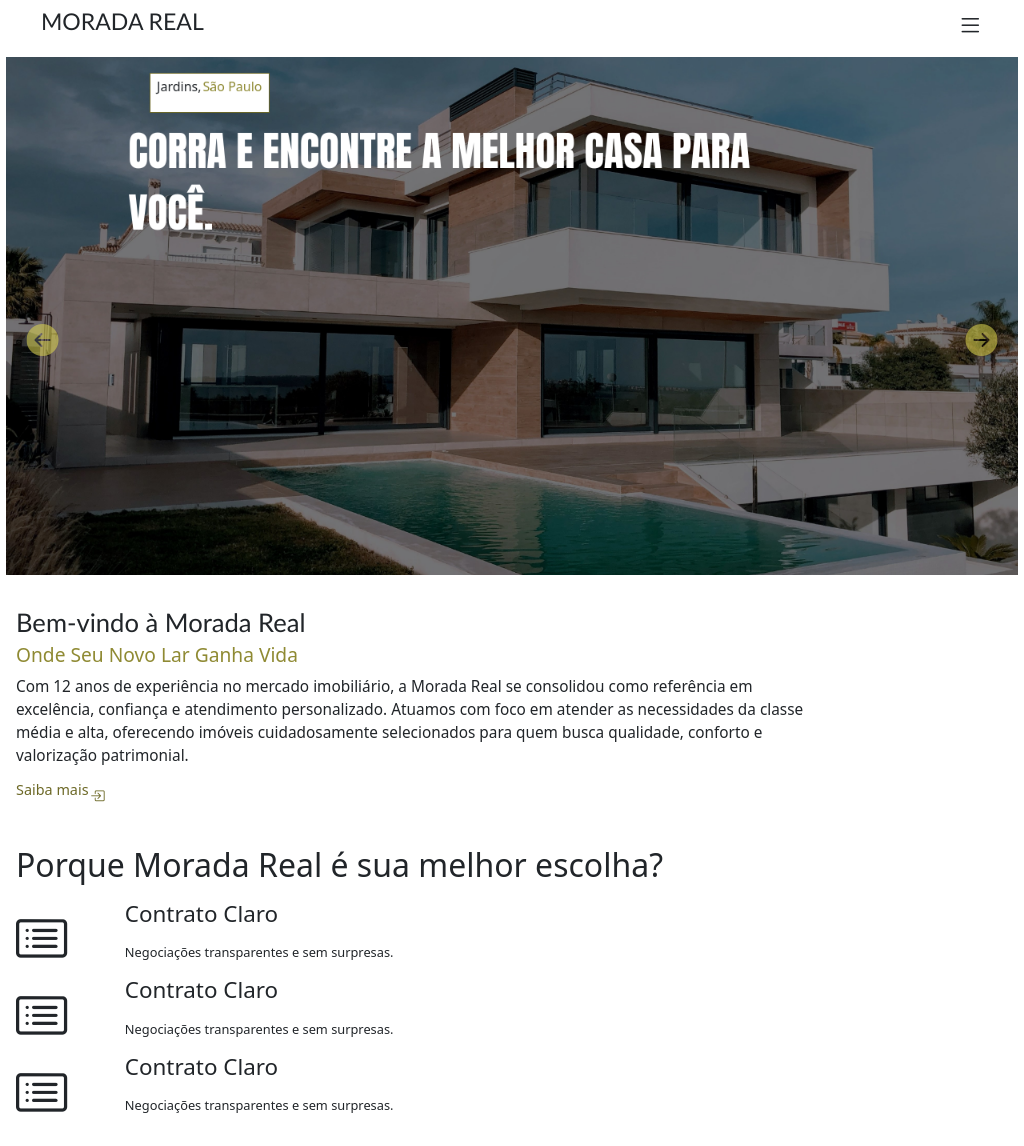
Repository: Mattyns/moradareal
Page: index.html
These files come from the project's save history. The page is drawn as it stood at one moment and after a run of saves; the edit follows.
The browser window is 1280 px wide. The pictures show the whole page, at 80% of full size.

Above is the page before, as saved 2025-07-13 17:15:28.

### index.html
<!DOCTYPE html>
<html lang="pt-br">
    <head>
        <meta charset="UTF-8" />
        <meta name="viewport" content="width=device-width, initial-scale=1.0" />
        <title>Morada Real</title>
        <link
            rel="stylesheet"
            href="https://cdnjs.cloudflare.com/ajax/libs/animate.css/4.1.1/animate.min.css"
        />
        <link
            href="https://cdn.jsdelivr.net/npm/bootstrap@5/dist/css/bootstrap.min.css"
            rel="stylesheet"
            integrity="sha384-QWTKZyjpPEjISv5WaRU9OFeRpok6YctnYmDr5pNlyT2bRjXh0JMhjY6hW+ALEwIH"
            crossorigin="anonymous"
        />
        <link
            rel="stylesheet"
            href="https://cdn.jsdelivr.net/npm/bootstrap-icons@1.11.3/font/bootstrap-icons.min.css"
        />
        <link rel="stylesheet" href="style/style.css" />
    </head>
    <body>
        <header class="header__container">

            <h1 class="logo__text">MORADA REAL</h1> <i class="bi-list menu__list"></i>
        </header>

        <main>
            <section class="contrast">

                <div class="contrast__container">
                    <div class="local local__sp">
                        <div class="local__text">
                            <p>Jardins,</p> <p class="local__text--contrast"> São Paulo</p>
                        </div>
                        <p class="text__message">CORRA E ENCONTRE A MELHOR CASA PARA VOCÊ.</p>
                    </div>
                    <div class="local local__rs">
                        <div class="local__text">
                            <p>Bela Vista,</p> <p class="local__text--contrast"> Rio Grande do Sul</p>
                        </div>
                        <p class="text__message">O LAR DOS SEUS SONHOS PODE ESTAR A UM CLIQUE DE DISTÂNCIA.</p>
                    </div>
                    <div class="local local__rj">
                        <div class="local__text">
                            <p>Leblon,</p> <p class="local__text--contrast"> Rio de Janeiro</p>
                        </div>
                        <p class="text__message">NÃO PERCA TEMPO! SUA NOVA HISTÓRIA COMEÇA AQUI.</p>
                    </div>

                </div>

                <i class="bi-arrow-left-circle-fill img__button" id="img__button--left"></i>
                <i class="bi-arrow-right-circle-fill img__button" id="img__button--right"></i>

            </section>
            <section class="present">
                <h1 class="present__title">Bem-vindo à Morada Real</h1>
                <h2 class="present__subtitle">Onde Seu Novo Lar Ganha Vida</h2>
                <p class="present__text">Com 12 anos de experiência no mercado imobiliário, a Morada Real se consolidou como referência em excelência, confiança e atendimento personalizado. Atuamos com foco em atender as necessidades da classe média e alta, oferecendo imóveis cuidadosamente selecionados para quem busca qualidade, conforto e valorização patrimonial.</p>
                <a href="#" class="button__link present__more"><p>Saiba mais</p> <i class="bi-box-arrow-in-right"></i></a>

            </section>

            <section class="services">
                <h1 class="services__title">
                    <h1>Porque Morada Real é sua melhor escolha?</h1>
                    <div class="service__container">
                        <div class="service__card service__contract">
                            <i class="service__icon bi-card-list"></i>
                            <h3 class="service__title">Contrato Claro</h3>
                            <p class="service__text">Negociações transparentes e sem surpresas.</p>
                        </div>

                        <div class="service__card service__contract">
                            <i class="service__icon bi-card-list"></i>
                            <h3 class="service__title">Contrato Claro</h3>
                            <p class="service__text">Negociações transparentes e sem surpresas.</p>
                        </div>

                        <div class="service__card service__contract">
                            <i class="service__icon bi-card-list"></i>
                            <h3 class="service__title">Contrato Claro</h3>
                            <p class="service__text">Negociações transparentes e sem surpresas.</p>
                        </div>



                    </div>
                </h1>
            </section>


        </main>

        <script src="script/carousel.js"></script>
    </body>
</html>

### style/style.css
@charset "UTF-8";

:root {
    --preto:black;
    --branco:white;
    --cor1:#D3CC4C;
    --cor2:#B1AB40;
    --cor3:#DCD650;
    --cor4:#8F8A33;
    --cor5:#6D6927;
    --cor6:#4B481B;
    --cor7:#f0eca5;
    --cor8:white;

}

* {
    margin: 0px;
    padding: 0px;
    box-sizing: border-box;
}

.header__container {
    display: flex;
    height: 20%;
    width: 100%;
    background-color: var(--branco);
    align-items: center;
    padding-top: 10px;
    padding-bottom: 10px;
}

.logo__text {
    margin-left: 4%;
    font-size: 180%;
    font-family: 'Trebuchet MS', 'Lucida Sans Unicode', 'Lucida Grande', 'Lucida Sans', Arial, sans-serif;
}

.menu__list {
    font-size: 2em;
    position: absolute;
    right: 4%;
}

.contrast {
    height: 90vh;
    margin: 8px;

    overflow: hidden;
    max-width: 100%;
    position: relative;


}

.contrast__container {

    display: flex;
  transition: transform 0.3s ease;
  will-change: transform;
  touch-action: pan-y;
}

.local {
    height: 90vh;
    background-size: cover;
    background-position: right;
     flex: 0 0 100%;
    box-sizing: border-box;
    padding: 20px; /* opcional */
}

.local__sp {
    background-image: url(../img/webaliser.jpg);

}

.local__rs {
    background-image: url(../img/brian.jpg);

}

.local__rj {
    background-image: url(../img/zoe.jpg);

}

.local__text {
    display: flex;
    background-color: var(--branco);
    width: fit-content;
    padding: 4px 0px;
    padding-left: 8px;
    padding-right: 8px;
    top: 20%;
    margin-left:13%;
    border: 1px solid var(--cor5);

}

.local__text--contrast {
    color: var(--cor4);
    margin-left: 2px;
}

.text__message {
    top: 26%;
    width: 68%;
    margin-left: 10%;
    font-size:320%;
    font-family:Impact, Haettenschweiler, 'Arial Narrow Bold', sans-serif;
    color:var(--cor8) ;
    padding: 10px;
    border-radius: 10px;
}

.img__button {
    font-size: 2.5em;
    position:absolute;
    color: #dcd55090;
    transition: color 0.8s ease;

}

.img__button:hover {
    color: #DCD650;
    transition: color 0.8s ease;
}

.img__button.disabled {
  color: #ccc;  /* cinza claro */
  cursor: not-allowed;
  opacity: 0.6;
}

#img__button--left {
    left: 2%;
    top: 50%;
}

#img__button--right {
    right: 2%;
    top: 50%;
}


.present {
    margin: 0px 20px;
    margin-top: 40px;
}

.present__title {
    text-align: left;
    font-family: 'Trebuchet MS', 'Lucida Sans Unicode', 'Lucida Grande', 'Lucida Sans', Arial, sans-serif;
    font-size: 2em;

}

.present__subtitle {
    font-size: 1.5em;
    color: var(--cor4);

}

.present__text {
    width: 80%;
    font-size: 1.2em;
    margin-top: 10px;
    margin-bottom: 15px;
}

.button__link {
    text-decoration: none;
    color: white;
    font-size: 18px;

}

.present__more {
    color: var(--cor5);
    display: flex;
    align-items: center;

}

.present__more > p {
    margin-right: 2px;
}

.services {
    margin: 20px;
    margin-top: 40px;
}

.service__container {
    margin-top: 20px;
}

.service__card {
  display: grid;
  grid-template-columns: auto 1fr; /* coluna 1 para o ícone, coluna 2 para o conteúdo */
  grid-template-rows: auto auto;   /* duas linhas */
  gap: 8px; /* opcional: espaço entre elementos */
  align-items: start;
}

.service__icon {
  grid-row: 1 / 3;   /* ocupa da linha 1 até antes da 3 (ou seja, 2 linhas) */
  grid-column: 1;    /* fica na coluna 1 */

  font-size: 4em;
  margin-right: 1em;
}

.service__title {
  grid-row: 1;       /* linha 1 */
  grid-column: 2;    /* coluna 2 */
}

.service__text {
  grid-row: 2;       /* linha 2 */
  grid-column: 2;    /* coluna 2 */
}

### script/carousel.js
const container = document.querySelector('.contrast__container');
const slides = document.querySelectorAll('.local');

let isDragging = false;
let startPos = 0;
let currentTranslate = 0;
let prevTranslate = 0;
let animationID;
let currentIndex = 0;

slides.forEach((slide, index) => {
  slide.addEventListener('touchstart', touchStart(index));
  slide.addEventListener('touchend', touchEnd);
  slide.addEventListener('touchmove', touchMove);

  slide.addEventListener('mousedown', touchStart(index));
  slide.addEventListener('mouseup', touchEnd);
  slide.addEventListener('mouseleave', touchEnd);
  slide.addEventListener('mousemove', touchMove);
});

function touchStart(index) {
  return function (event) {
    currentIndex = index;
    startPos = getPositionX(event);
    isDragging = true;

    animationID = requestAnimationFrame(animation);
  };
}

function touchMove(event) {
  if (!isDragging) return;
  const currentPosition = getPositionX(event);
  currentTranslate = prevTranslate + currentPosition - startPos;
}

function touchEnd() {
  cancelAnimationFrame(animationID);
  isDragging = false;

  const movedBy = currentTranslate - prevTranslate;

  if (movedBy < -100 && currentIndex < slides.length - 1) currentIndex++;
  if (movedBy > 100 && currentIndex > 0) currentIndex--;

  setPositionByIndex();
}

function getPositionX(event) {
  return event.type.includes('mouse') ? event.pageX : event.touches[0].clientX;
}

function animation() {
  setSliderPosition();
  if (isDragging) requestAnimationFrame(animation);
}

function setSliderPosition() {
  container.style.transform = `translateX(${currentTranslate}px)`;
}

function setPositionByIndex() {
  currentTranslate = currentIndex * -container.offsetWidth;
  prevTranslate = currentTranslate;
  setSliderPosition();
  updateButtons();
}


const imgLeft = document.getElementById('img__button--left');
const imgRight = document.getElementById('img__button--right');

imgLeft.addEventListener('click', imgSlideLeft);
imgRight.addEventListener('click', imgSlideRight);


function imgSlideLeft() {
  if (currentIndex > 0) {
    currentIndex--;
    setPositionByIndex();
  }
}

function imgSlideRight() {
  if (currentIndex < slides.length - 1) {
    currentIndex++;
    setPositionByIndex();
  }
}

// Função para ativar/desativar os botões conforme o slide atual
function updateButtons() {
  if (currentIndex === 0) {
    imgLeft.classList.add('disabled');
  } else {
    imgLeft.classList.remove('disabled');
  }

  if (currentIndex === slides.length - 1) {
    imgRight.classList.add('disabled');
  } else {
    imgRight.classList.remove('disabled');
  }
}

After the next 2 saves:
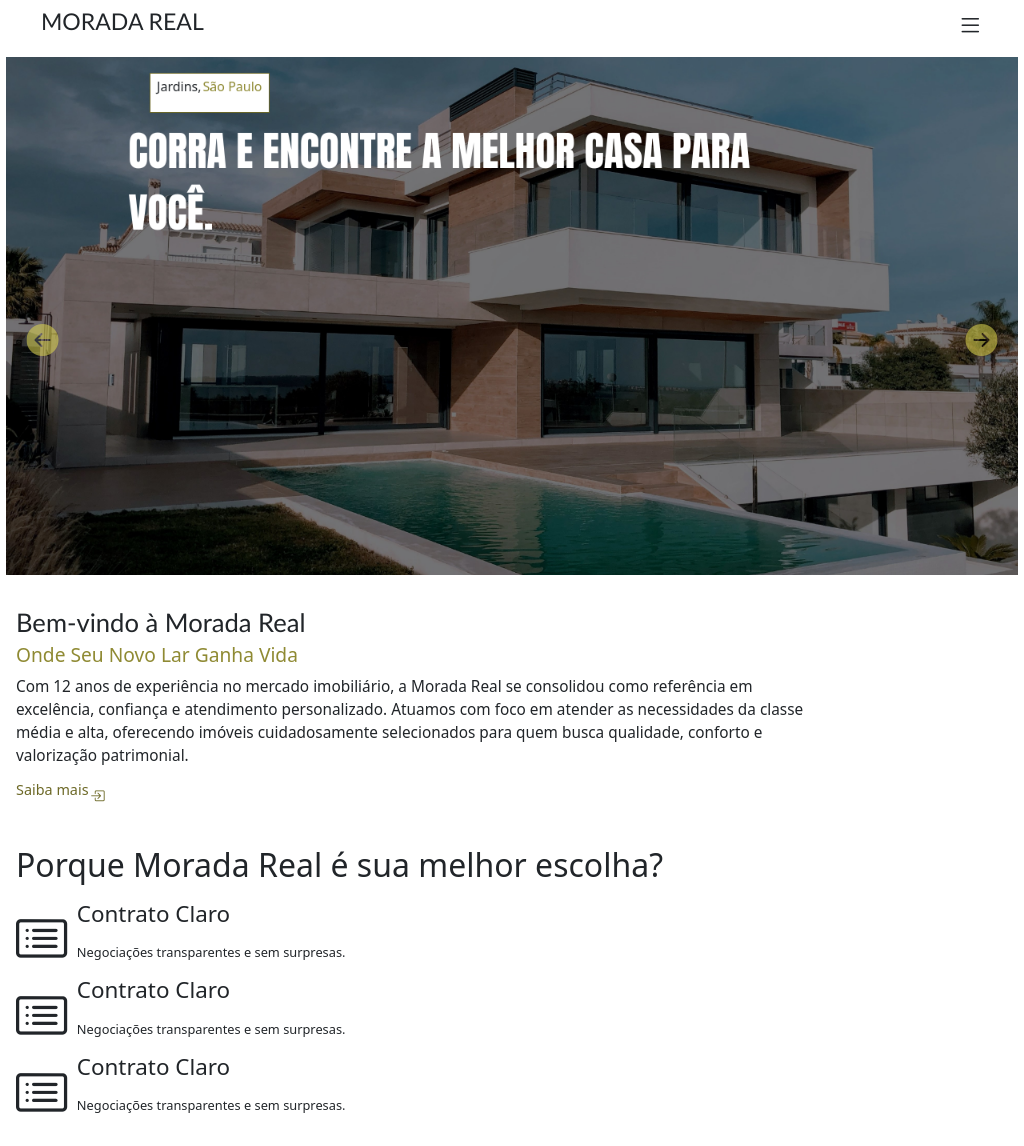
The 2 saves are shown as one change because they came seconds apart.
The last was saved 7 s later.
--- a/style/style.css
+++ b/style/style.css
@@ -209,7 +209,7 @@
   grid-column: 1;    /* fica na coluna 1 */
 
   font-size: 4em;
-  margin-right: 1em;
+  margin-right: 4px;
 }
 
 .service__title {
